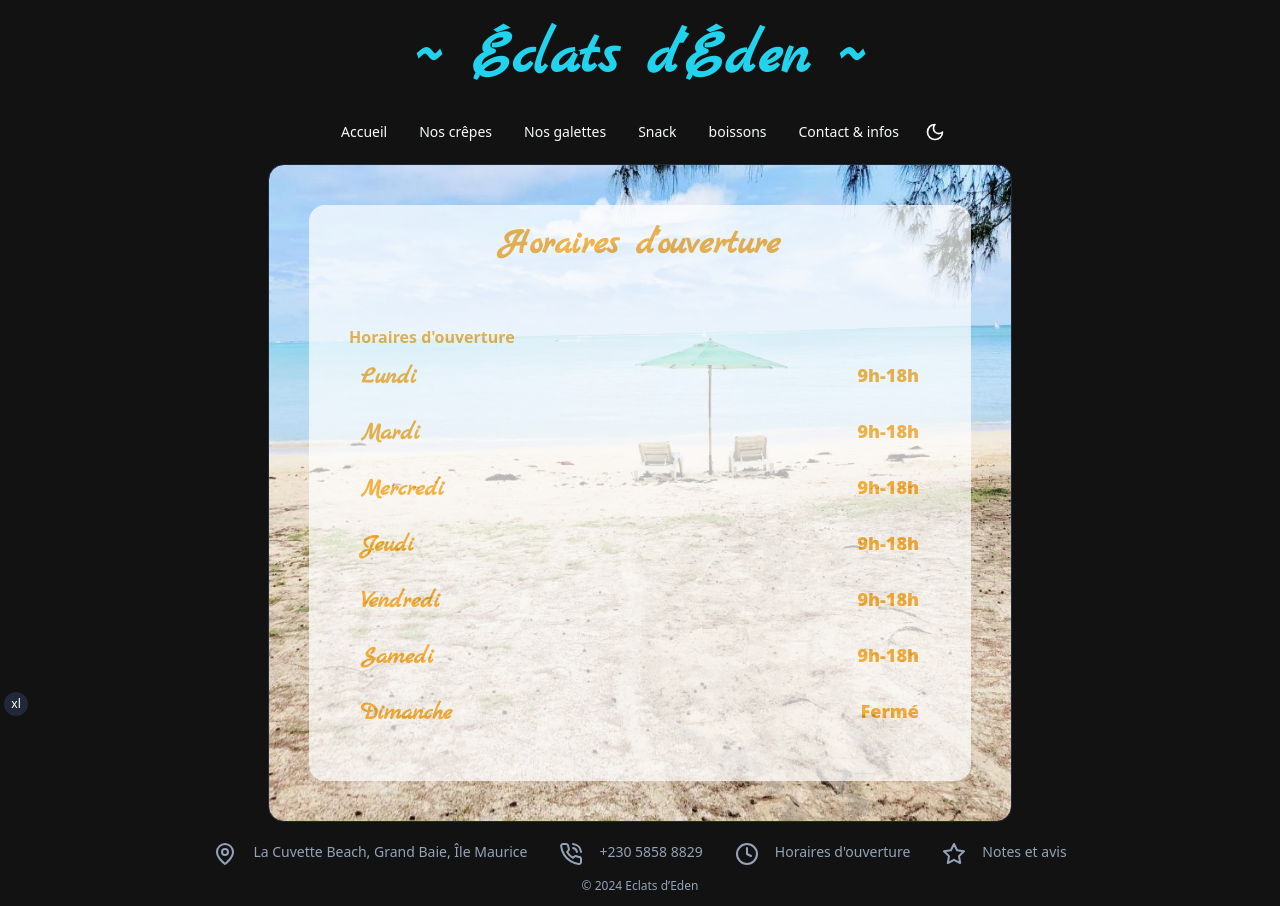
Repository: jeffMauritius/eclats-deden
Page: /schedule
These files come from the project's save history. The page is drawn as it stood at one moment and after the next save; the edit follows.
The browser window is 1280 px wide. The pictures show the whole page.
The project was rebuilt for these pictures with package versions that can differ from the ones it lists, and the page was loaded fresh each time. The framework's server and built-in components were replaced by stand-ins that run in the browser. Also part of the build but not shown: next.config.mjs.

Above is the page before, as saved 2024-08-14 11:56:49.

After the next save:
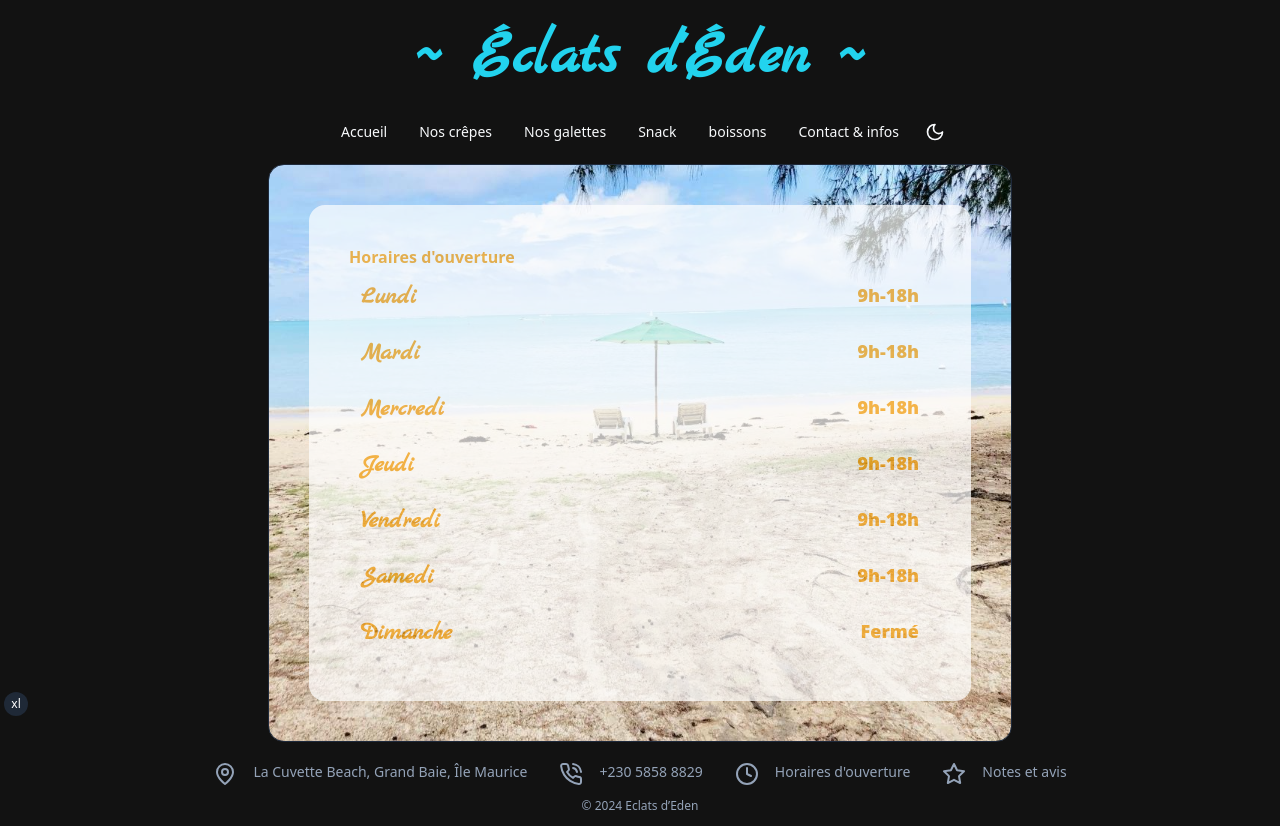
Saved 3 min 34 s later.
--- a/app/schedule/page.tsx
+++ b/app/schedule/page.tsx
@@ -8,10 +8,6 @@
       <div className="flex justify-center">
         <div className="m-auto  rounded-2xl border bg-[url('/plage3.jpg')] bg-cover md:w-3/5 ">
           <div className="m-10 h-full rounded-2xl  bg-white opacity-70 ">
-            <h1 className="p-5 text-center font-display text-4xl font-bold text-amber-500">
-              {"Horaires d'ouverture"}
-            </h1>
-
             <ScheduleComponent />
           </div>
         </div>

After the save that followed:
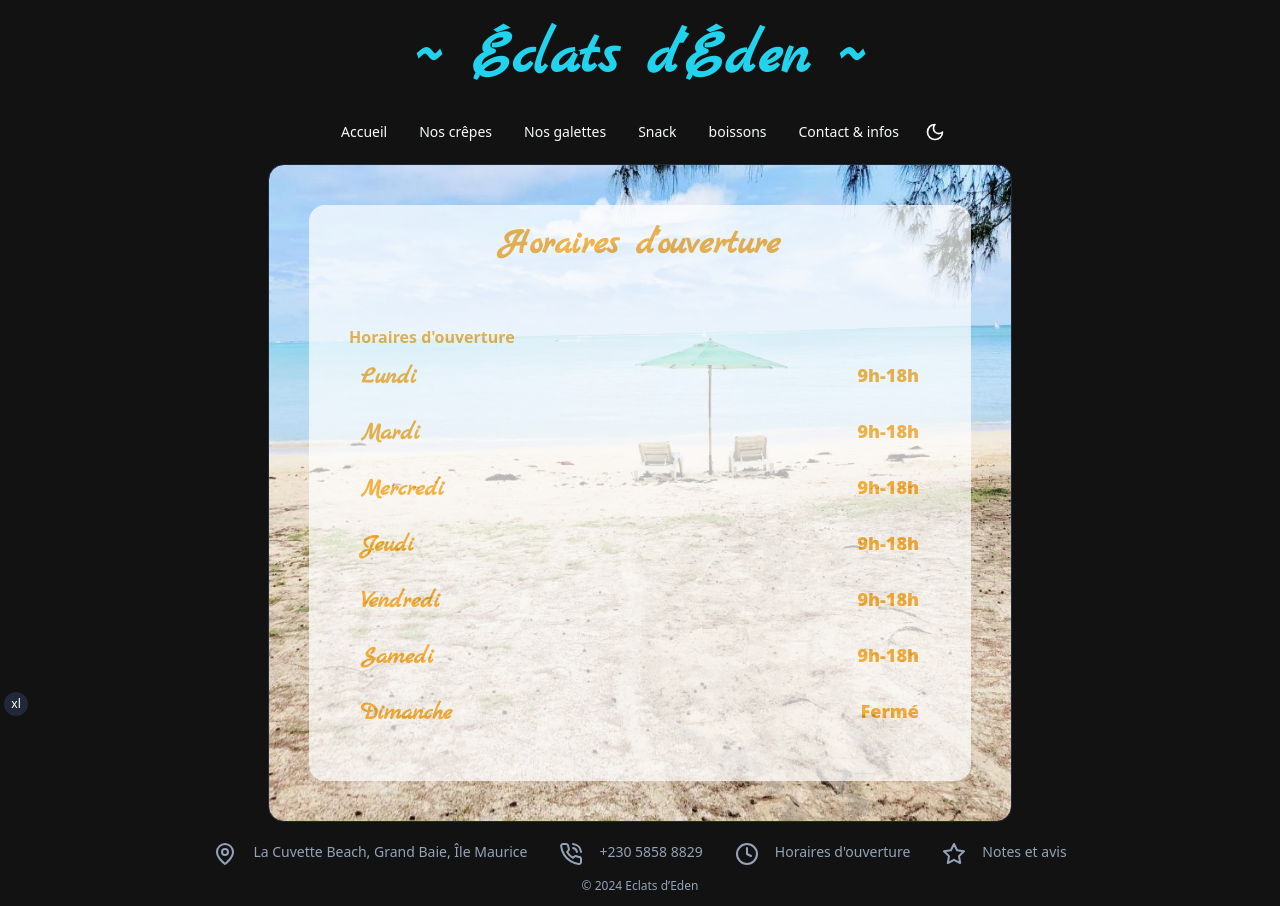
Saved 16 s later.
--- a/app/schedule/page.tsx
+++ b/app/schedule/page.tsx
@@ -8,6 +8,10 @@
       <div className="flex justify-center">
         <div className="m-auto  rounded-2xl border bg-[url('/plage3.jpg')] bg-cover md:w-3/5 ">
           <div className="m-10 h-full rounded-2xl  bg-white opacity-70 ">
+            <h1 className="p-5 text-center font-display text-4xl font-bold text-amber-500">
+              {"Horaires d'ouverture"}
+            </h1>
+
             <ScheduleComponent />
           </div>
         </div>
